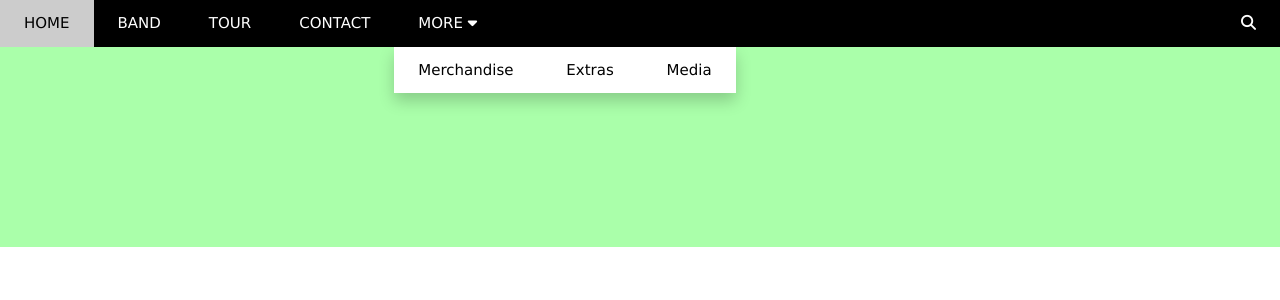
Repository: tam1512/The-Band
Page: index.html
The author's editor kept a copy of each file at every save. The page is drawn from the files as they stood at one save, then again after the next save.
The browser window is 1280 px wide. The pictures show the whole page.
Some web libraries are served in a nearby version.

Above is the page before, as saved 2022-07-21 11:01:57.

After the next save:
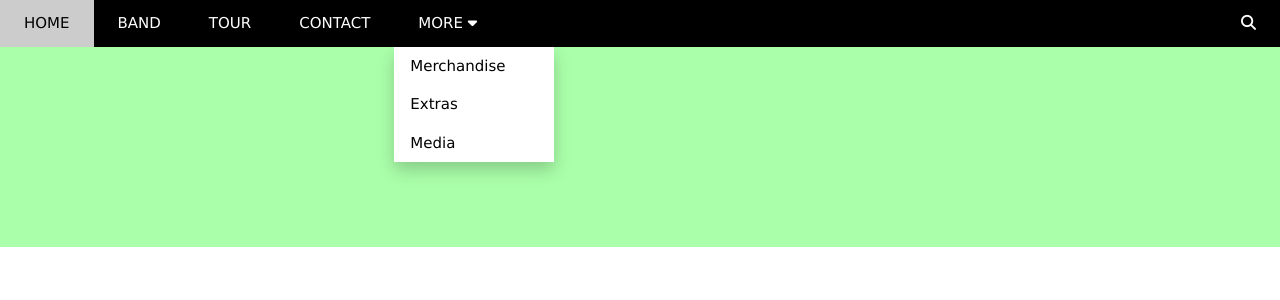
Saved 107 s later.
--- a/assets/css/style.css
+++ b/assets/css/style.css
@@ -28,11 +28,11 @@ body {
   overflow: hidden;
 }
 
-#nav li {
+#nav > li {
   float: left;
 }
 
-#nav li a,
+#nav > li > a,
 .dropbtn {
   display: inline-block;
   padding: 12px 24px;
@@ -41,7 +41,7 @@ body {
   text-decoration: none;
 }
 
-#nav li a:hover,
+#nav > li > a:hover,
 .dropdown:hover,
 .dropbtn:hover,
 .dropdown-content a:hover {
